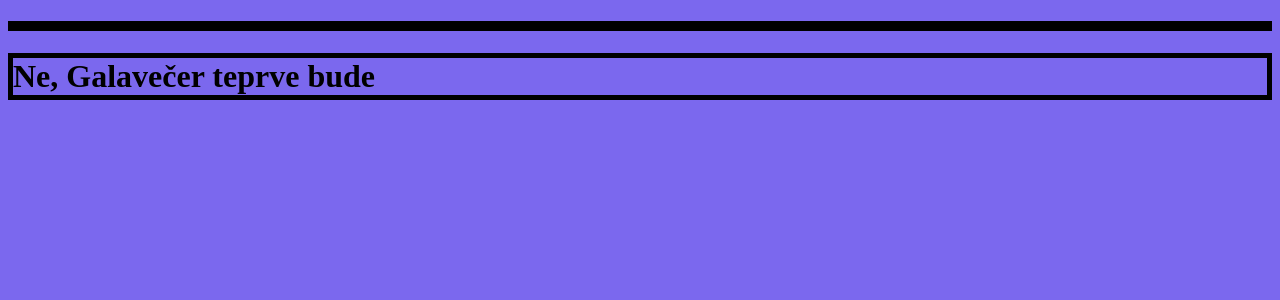
Repository: VerPro/UzJeGalavecer
Page: index.html
An editor plug-in stored every save of this project. The page is shown before and after the next save, followed by the edit.
The browser window is 1280 px wide. The pictures show the whole page.
Some web libraries are served in a nearby version.

Above is the page before, as saved 2021-03-27 16:52:03.

After the next save:
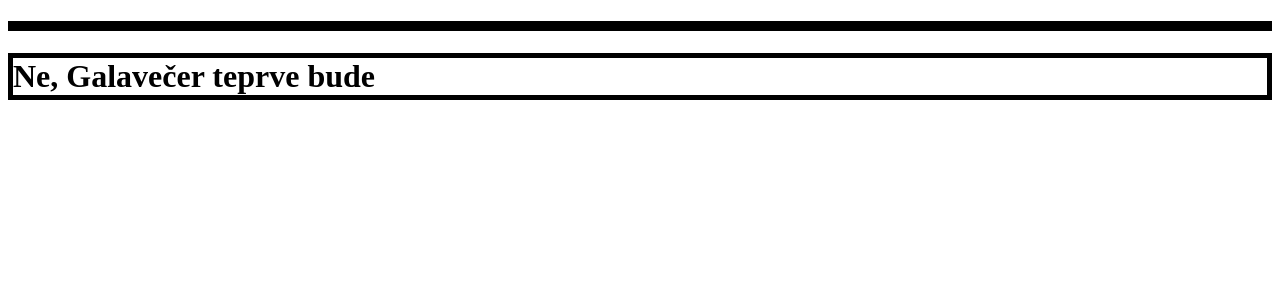
Saved 70 s later.
--- a/style.css
+++ b/style.css
@@ -1,4 +1,6 @@
-body {
+body {¨
+  display:flex;
+  justify-content:center
   background-color: mediumslateblue;
 }
 
